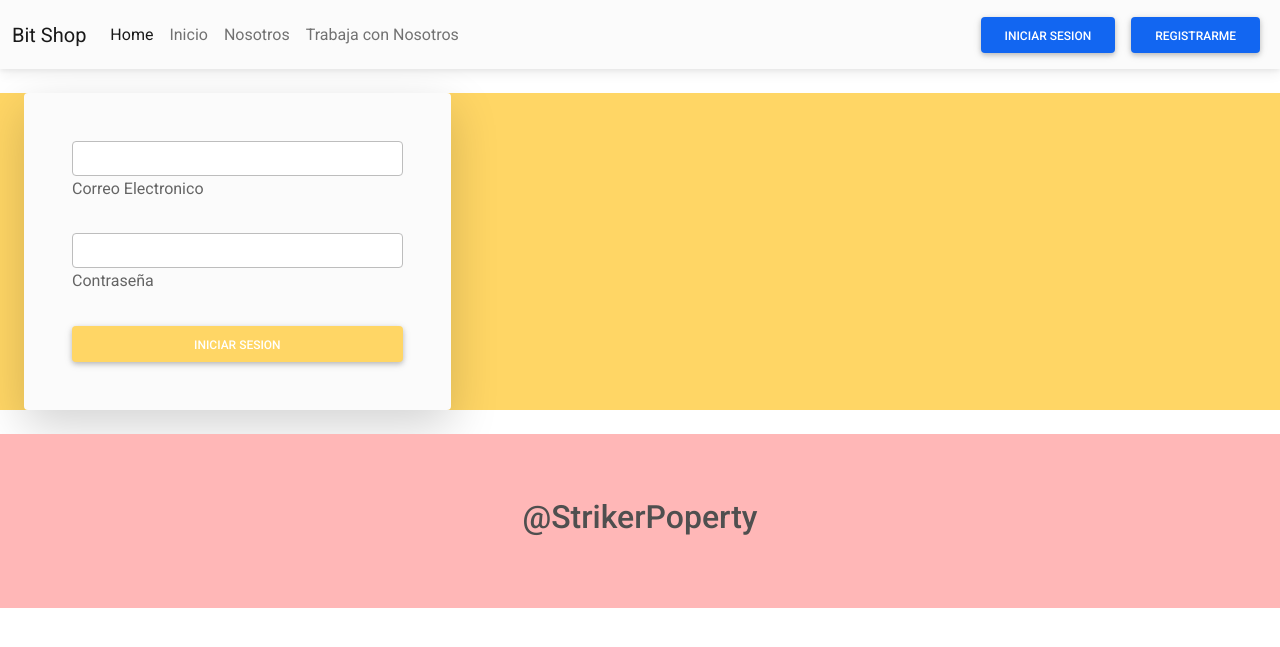
Repository: TzStrikerYT/myClassRoom
Page: /login (app in bit-shop-front/)
The author's editor kept a copy of each file at every save. The page is drawn from the files as they stood at one save, then again after the next save.
The browser window is 1280 px wide. The pictures show the whole page.
The project was rebuilt for these pictures with package versions that can differ from the ones it lists, and the page was loaded fresh each time. Also part of the build but not shown: bit-shop-front/angular.json, bit-shop-front/src/app/components/home/home.component.ts, bit-shop-front/src/app/components/not-found/not-found.component.ts.

Above is the page before, as saved 2022-02-23 19:05:48.

### bit-shop-front/src/index.html
<!DOCTYPE html>
<html lang="en">
  <head>
    <meta charset="utf-8" />
    <title>BitShopFront</title>
    <base href="/" />
    <meta name="viewport" content="width=device-width, initial-scale=1" />
    <link rel="icon" type="image/x-icon" href="favicon.ico" />

    <!-- Font Awesome -->
    <link
      href="https://cdnjs.cloudflare.com/ajax/libs/font-awesome/5.15.1/css/all.min.css"
      rel="stylesheet"
    />
    <!-- Google Fonts -->
    <link
      href="https://fonts.googleapis.com/css?family=Roboto:300,400,500,700&display=swap"
      rel="stylesheet"
    />
    <!-- MDB -->
    <link
      href="https://cdnjs.cloudflare.com/ajax/libs/mdb-ui-kit/3.10.2/mdb.min.css"
      rel="stylesheet"
    />
  </head>
  <body>
    <app-root></app-root>

    <!-- MDB -->
    <script
      type="text/javascript"
      src="https://cdnjs.cloudflare.com/ajax/libs/mdb-ui-kit/3.10.2/mdb.min.js"
    ></script>
  </body>
</html>

### bit-shop-front/src/styles.css
/* You can add global styles to this file, and also import other style files */
.bg-pink {
    background: #ffb7b7;
}

.bg-yellow {
    background: #ffd665;
}

.card-size {
    width: 12rem;
}

### bit-shop-front/src/app/app.module.ts
import { NgModule } from '@angular/core';
import { BrowserModule } from '@angular/platform-browser';

import { AppRoutingModule } from './app-routing.module';
import { AppComponent } from './app.component';
import { LoginComponent } from './components/login/login.component';
import { HomeComponent } from './components/home/home.component';
import { NotFoundComponent } from './components/not-found/not-found.component';
import { FooterComponent } from './components/footer/footer.component';
import { BrowserAnimationsModule } from '@angular/platform-browser/animations';

@NgModule({
  declarations: [
    AppComponent,
    LoginComponent,
    HomeComponent,
    NotFoundComponent,
    FooterComponent,
  ],
  imports: [
    BrowserModule,
    AppRoutingModule,
  ],
  providers: [],
  bootstrap: [AppComponent]
})
export class AppModule { }

### bit-shop-front/src/app/app-routing.module.ts
import { NgModule } from '@angular/core';
import { RouterModule, Routes } from '@angular/router';
import { HomeComponent } from './components/home/home.component';
import { LoginComponent } from './components/login/login.component';
import { NotFoundComponent } from './components/not-found/not-found.component';

// enrutamiento de componentes
const routes: Routes = [
  { path: 'login', component: LoginComponent},
  { path: 'home', component: HomeComponent},
  { path: '', redirectTo: '/home', pathMatch: 'full' },
  { path: '**', component: NotFoundComponent}
];

@NgModule({
  imports: [RouterModule.forRoot(routes)],
  exports: [RouterModule],
})
export class AppRoutingModule {}

### bit-shop-front/src/app/app.component.ts
import { Component, OnInit } from '@angular/core';

@Component({
  selector: 'app-root',
  templateUrl: './app.component.html',
  styleUrls: ['./app.component.css']
})
export class AppComponent {
  title = 'bit-shop-front';
  token = false
}

### bit-shop-front/src/app/components/login/login.component.ts
import { Component, OnInit } from '@angular/core';

@Component({
  selector: 'app-login',
  templateUrl: './login.component.html',
  styleUrls: ['./login.component.css']
})
export class LoginComponent implements OnInit {

  constructor() { }

  ngOnInit(): void {

  }
}

### bit-shop-front/src/app/app.component.html
<!-- Nav Bar -->
<nav class="navbar navbar-expand-lg navbar-light bg-light">
  <div class="container-fluid">
    <a class="navbar-brand" href="#">Bit Shop</a>
    <button
      class="navbar-toggler"
      type="button"
      data-mdb-toggle="collapse"
      data-mdb-target="#navbarNavAltMarkup"
      aria-controls="navbarNavAltMarkup"
      aria-expanded="false"
      aria-label="Toggle navigation"
    >
      <i class="fas fa-bars"></i>
    </button>
    <div class="collapse navbar-collapse" id="navbarNavAltMarkup">
      <div class="navbar-nav">
        <a class="nav-link active" aria-current="page" href="#">Home</a>
        <a class="nav-link" href="#">Inicio</a>
        <a class="nav-link" href="#">Nosotros</a>
        <a class="nav-link" href="#">Trabaja con Nosotros</a>
      </div>

      <div class="navbar-nav ms-auto" *ngIf="!token; else elseTag">
        <a class="m-2 btn btn-primary" href="#">Iniciar Sesion</a>
        <a class="m-2 btn btn-primary" href="#">Registrarme</a>
      </div>

      <ng-template #elseTag>
        <div class="navbar-nav ms-auto">
          <a class="m-2 btn btn-primary" href="#">Usuario</a>

        </div>
      </ng-template>
    </div>
  </div>
</nav>
<router-outlet></router-outlet>
<app-footer></app-footer>

### bit-shop-front/src/app/components/login/login.component.html
<section class="bg-yellow h-100">

    <div class="col-md-4 m-4 p-5 shadow-lg rounded bg-light">
        <form>
            <!-- Email input -->
            <div class="mb-4">
              <input type="email" id="form1Example1" class="form-control" />
              <label class="form-label" for="form1Example1">Correo Electronico</label>
            </div>

            <!-- Password input -->
            <div class="mb-4">
              <input type="password" id="form1Example2" class="form-control" />
              <label class="form-label" for="form1Example2">Contraseña</label>
            </div>

            <!-- Submit button -->
            <button type="submit" class="btn bg-yellow text-white btn-block">Iniciar Sesion</button>
          </form>
    </div>

</section>

### bit-shop-front/src/app/components/footer/footer.component.html
<div class="bg-pink p-5">
    <h2 class="p-3 text-center">@StrikerPoperty</h2>
</div>

Loaded but not shown: bit-shop-front/src/main.ts (common file); bit-shop-front/src/environments/environment.ts (common file); bit-shop-front/src/app/components/footer/footer.component.ts (common file); bit-shop-front/src/app/components/footer/footer.component.css (no stored copy; drawn as an empty file); bit-shop-front/src/app/components/login/login.component.css (no stored copy; drawn as an empty file); bit-shop-front/src/app/app.component.css (no stored copy; drawn as an empty file)

After the next save:
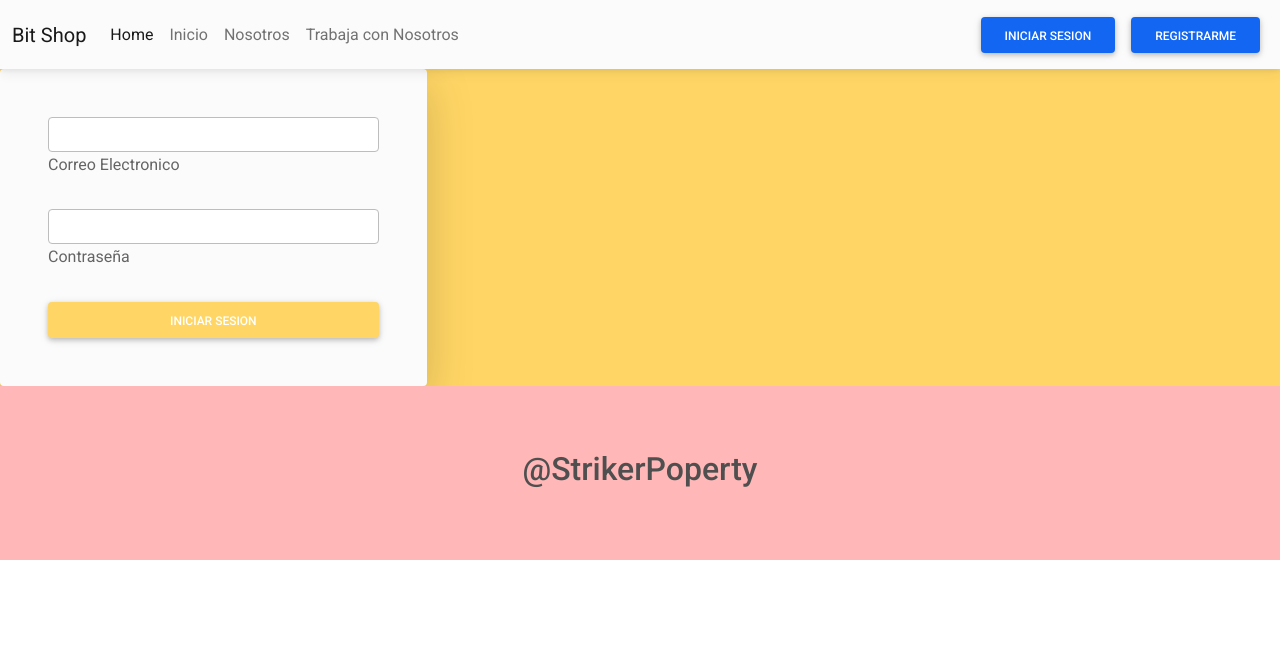
Saved 8 s later.
--- a/bit-shop-front/src/app/components/login/login.component.html
+++ b/bit-shop-front/src/app/components/login/login.component.html
@@ -1,6 +1,6 @@
-<section class="bg-yellow h-100">
+<section class="bg-yellow">
 
-    <div class="col-md-4 m-4 p-5 shadow-lg rounded bg-light">
+    <div class="col-md-4 p-5 shadow-lg rounded bg-light">
         <form>
             <!-- Email input -->
             <div class="mb-4">
